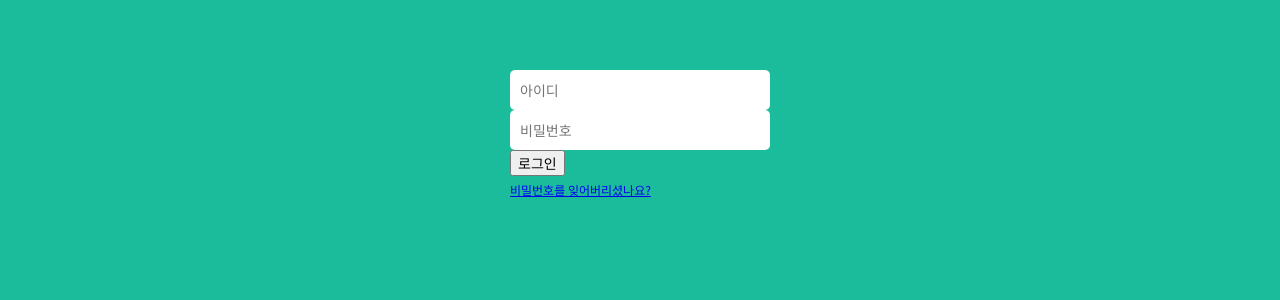
Repository: yesaroun/SS-final-project
Page: http://localhost/codeit-html/login-userlogin.jsp
An editor plug-in stored every save of this project. The page is shown before and after a run of saves, followed by the edit.
The browser window is 1280 px wide. The pictures show the whole page.
The page is served by Tomcat 9.

Above is the page before, as saved 2022-05-26 13:29:30.

After the next 2 saves:
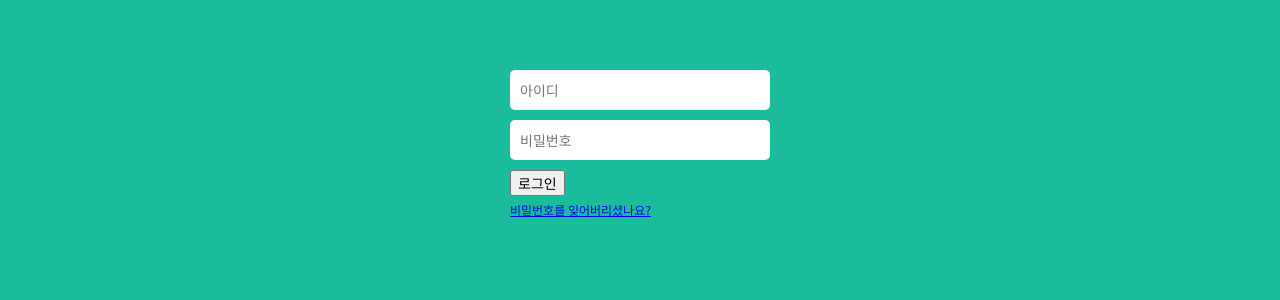
The 2 saves are shown as one change because they came seconds apart.
The last was saved 12 s later.
--- a/codeit-html/WebContent/css/userlogin.css
+++ b/codeit-html/WebContent/css/userlogin.css
@@ -29,6 +29,7 @@ body
   border: none;
   border-radius: 5px;
   padding: 10px;
+  margin-bottom: 10px;
 }
 
 .submit-btn {
